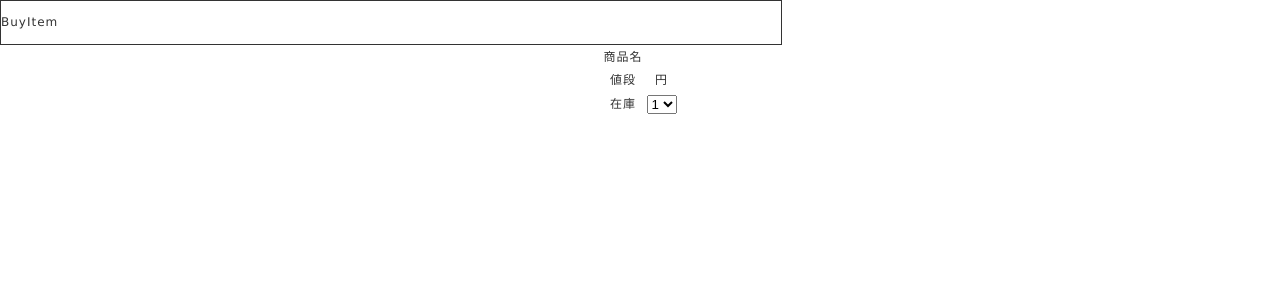
Repository: takaya1112/ECsite
Page: http://localhost/templete/buyItem.jsp
These files come from the project's save history. The page is drawn as it stood at one moment and after the next save; the edit follows.
The browser window is 1280 px wide. The pictures show the whole page.
The page is served by Tomcat 9. Other server files are loaded and not shown.

Above is the page before, as saved 2018-10-19 11:23:30.

### templete/WebContent/buyItem.jsp
<%@ page language="java" contentType="text/html; charset=UTF-8"
    pageEncoding="UTF-8"%>
<%@ taglib prefix="s" uri="/struts-tags"%>
<!DOCTYPE html>
<html>
<head>
    <meta http-equiv="Content-Type" content="text/html; charset=UTF-8">
    <meta http-equiv="Content-Style-Type" content="text/css" />
    <meta http-equiv="Content-Script-Type" content="text/javascript" />
    <meta http-equiv="imagetoolbar" content="no" />
    <meta name="description" content="" />
    <meta name="keywords" content="" />
    <title>buyItem画面</title>

    <style type="text/css">
    /*========TAG LAYOUT========*/
        body {
          margin:0;
          padding:0;
          line-height:1.6;
          letter-spacing:1px;
          font-family:Verdana, Helvetica, sans-serif;
          font-size:12px;
          color:#333;
          background:#fff;
        }

        table{
          text-align:center;
          margin:0 auto;
        }
        /*========ID LAYOUT========*/
        #top{
          width:780px;
          margin:30px atuo;
          border:1px solid #333;
        }

        #header{
          witdh:100px;
          height:80px;
          background-color:black;
        }

        #main{
          width:100%;
          height:80px;
          backgroung-color:black;
          clear:both;
        }
    </style>
</head>
<body>
    <div id="hreader">
        <div id="pr">
        </div>
    </div>
    <div id="main">
        <div id="top">
            <p>BuyItem</p>
        </div>
        <div>
        <s:form action="BuyItemAction">
            <table>
                <tr>
                    <td>
                        <span>商品名</span>
                    </td>
                    <td>
                        <s:property value="session.buyItem_name"/>
                    </td>
                </tr>
                <tr>
                    <td>
                        <span>値段</span>
                    </td>
                    <td>
                    <s:property value="session.buyItem_price"/>
                        <span>円</span>
                    </td>
                </tr>
                <tr>
                    <td>
                        <span>在庫</span>
                    </td>
                    <td>
                        <select name="stock">
                        <option value="1"selected="selected">1</option>
                            <option value="2">2</option>
                            <option value="3">3</option>
                            <option value="4">4</option>
                            <option value="5">5</option>
                            </select></table></s:form></div></div>




</body>
</html>

After the next save:
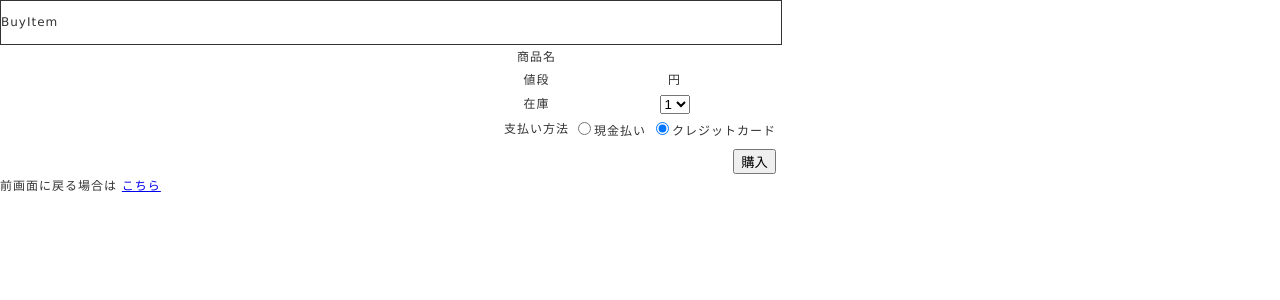
Saved 6 min 44 s later.
--- a/templete/WebContent/buyItem.jsp
+++ b/templete/WebContent/buyItem.jsp
@@ -90,10 +90,34 @@
                             <option value="3">3</option>
                             <option value="4">4</option>
                             <option value="5">5</option>
-                            </select></table></s:form></div></div>
-
-
-
-
+                        </select>
+                    </td>
+                </tr>
+                <tr>
+                    <td>
+                        <span>支払い方法</span>
+                    </td>
+                    <td>
+                        <input type="radio"name="pay"value="1"checked="checked">現金払い
+                        <input type="radio"name="pay"value="2"checked="checked">クレジットカード
+                    </td>
+                </tr>
+                <tr>
+                    <td>
+                        <s:submit value="購入"/>
+                    </td>
+                </tr>
+            </table>
+        </s:form>
+            <div>
+                <span>前画面に戻る場合は</span>
+                <a href='<s:url action="HomeAction"/>'>こちら</a>
+            </div>
+        </div>
+    </div>
+    <div id="footer">
+        <div id="pr">
+        </div>
+    </div>
 </body>
 </html>
